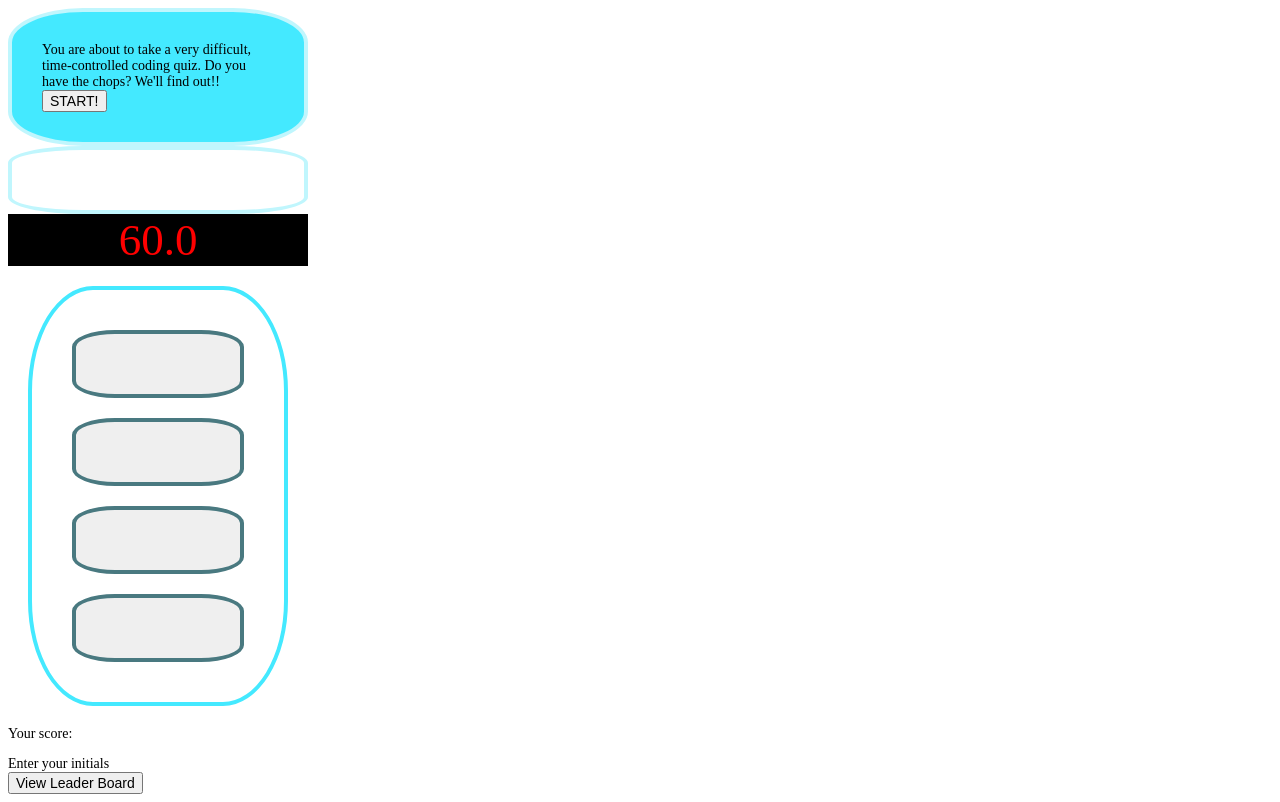
Repository: stuart-rickard/coding-quiz
Page: index.html
These files come from the project's save history. The page is drawn as it stood at one moment and after the next save; the edit follows.
The browser window is 1280 px wide. The pictures show the whole page.

Above is the page before, as saved 2021-11-23 05:11:43.

### index.html
<!DOCTYPE html>
<html lang="en">

<head>
  <meta charset="UTF-8">
  <meta name="viewport" content="width=device-width, initial-scale=1.0">
  <meta http-equiv="X-UA-Compatible" content="ie=edge">
  <title>Coding Quiz</title>
  <link rel="stylesheet" href="./assets/css/style.css">
</head>

<body>
  <main>
    <div class="start">
      You are about to take a very difficult, time-controlled coding quiz.  Do you have the chops?  We'll find out!!
      <button id="starter-button">START!</button>
    </div>
    <div class="div-question-answerform">
      <div class="question">

      </div>
      <div id="timer">
        60.0
      </div>
      <form class="answer-form">
        <button class="answer-button" id="#answer-a"></button>
        <button class="answer-button" id="#answer-b"></button>
        <button class="answer-button" id="#answer-c"></button>
        <button class="answer-button" id="#answer-d"></button>
      </form>
    </div>
    <div class="test-done">
      <p>Your score:</p>
    </div>
    <div class="leaderboard-list">

    </div>
    <form>
      Enter your initials
    </form>
    </main>
  <footer>
    <button class="leaderboard-button">View Leader Board</button>
  </footer>

  <script src="./assets/js/script.js"></script>
</body>

</html>

### assets/css/style.css
:root {
  --primary: #44e9ff;
  --secondary: #497980;
  --tertiary: rgb(192, 246, 253);
  --grey: #333;


  --regular-line-width: 4px;

  --border-radius-regular: 25%;
}

* {
    box-sizing: border-box;
    font-size: 14px;
  }

main {
    width: 300px;
}

.start {
    background-color: var(--primary);
    border: var(--regular-line-width) solid var(--tertiary);
    border-radius: var(--border-radius-regular);
    padding: 30px;
}

.div-question-answerform {
    /* display: none; */
}

.question {
    border: var(--regular-line-width) solid var(--tertiary);
    border-radius: var(--border-radius-regular);
    padding: 30px;
}

#timer {
    background-color: black;
    font-style: "Monotron";
    font-size: 45px;
    color: red;
    text-align:center;
}

.answer-form {
    margin: 20px;
    border: var(--regular-line-width) solid var(--primary);
    border-radius: var(--border-radius-regular);
    padding: 30px;
    display: flex;
    flex-direction: column;
}

.answer-button {
    border: var(--regular-line-width) solid var(--secondary);
    border-radius: var(--border-radius-regular);
    padding: 30px;
    margin: 10px;
}

### assets/js/script.js
var startButton = document.getElementById('starter-button');
var timerDisplay = document.getElementById('timer');
const initialTime = 3.0;
var timer = initialTime;
var quizTimeIsUp = false;

// questions array; many thanks to Joanne Chun for writing most of these
var questions = [{
    question:"Can you use double quotes or single quotes to designate a string",
    answers: ["Double quotes only", "Single quotes only", "Neither can be used", "Either can be used"],
    correctAnswer: "Either can be used",
    author: "Stuart"
},{
    question:"What do all HTML documents start with?",
    answers: ["Hypertext","html","<!DOCTYPE html","<html>"],
    correctAnswer: "<!DOCTYPE html",
    author: "Joanne"
},{
    question:"What is the process of finding errors and fixing them within a program called?",
    answers: ["Solving","Fixing","Resetting","Debugging"],
    correctAnswer: "Debugging",
    author: "Joanne"
},{
    question:"How do you see which remote links (in GitHub) have been established for your project",
    answers: ["git remote links","git remote -v","git add A-","git remote origin"],
    correctAnswer: "git remote -v",
    author: "Joanne"
},{
    question:"Why do we need an alt attribute for images in an HTML document?",
    answers: ["To identify the image","To access the image","To give context for the image"],
    correctAnswer: "To give context for the image",
    author: "Joanne"
},{
    question:"Which CSS property do you use to align the flex container's items on the main-axis?",
    answers: ["justify-content","align-content","align-text","flex-center"],
    correctAnswer: "justify-content",
    author: "Joanne"
},{
    question:"The visible part of the HTML document is between:",
    answers: ["<head> and </head>","<html> and </html>","<body> and </body>","<visible> and </visible"],
    correctAnswer: "<body> and </body>",
    author: "Joanne"
},{
    question:"Which way of adding CSS to HTML documents requires using a link?",
    answers: ["Internal","External","Reference","Inline"],
    correctAnswer: "External",
    author: "Joanne"
},{
    question:"In CSS, how do you select an element with a specific id?",
    answers: ["Write (.) followed by the id of the element","Write (.) after the id of the element","Write (#) followed by the id of the element","Write (id) followed by the id of the element"],
    correctAnswer: "Write (#) followed by the id of the element",
    author: "Joanne"
}];



/*
Variable for score
Variables for stopping different processes
*/



var timerCountdown = function(){
    debugger;
    // reduce timer variable by 0.1
    var decreaseTimerVariable = function() {
        timer = timer-0.1;
        if (timer <= 0) {
            quizTimeIsUp = true;
            timerDisplay.innerHTML = "out of time"; // this line doesn't work for some reason
            clearInterval(timerDecrement);
        }
        timerDisplay.innerHTML = timer.toFixed(1);
    };
    // call reduction of timer variable each one tenth of a second
    var timerDecrement = setInterval(decreaseTimerVariable,100);
};

var quizProcess = function() {
    //Begin clock
    timerCountdown();

}






/*
get questions / answers
randomize them
*/


//Listen for start button: start upon click
console.log("click worked here");
startButton.addEventListener("click", quizProcess);


/*
    begin asking questions
	Check the clock frequently and end game when it expires
		End game is just taking the ability to answer away
	Check answers
		If correct, add to score and show green
		If incorrect, reduce time left and show red
    bring up next question .5 seconds
When game ends
	Offer ability to record high score
		Store and retrieve high scores
	Offer "play again?"
*/

After the next save:
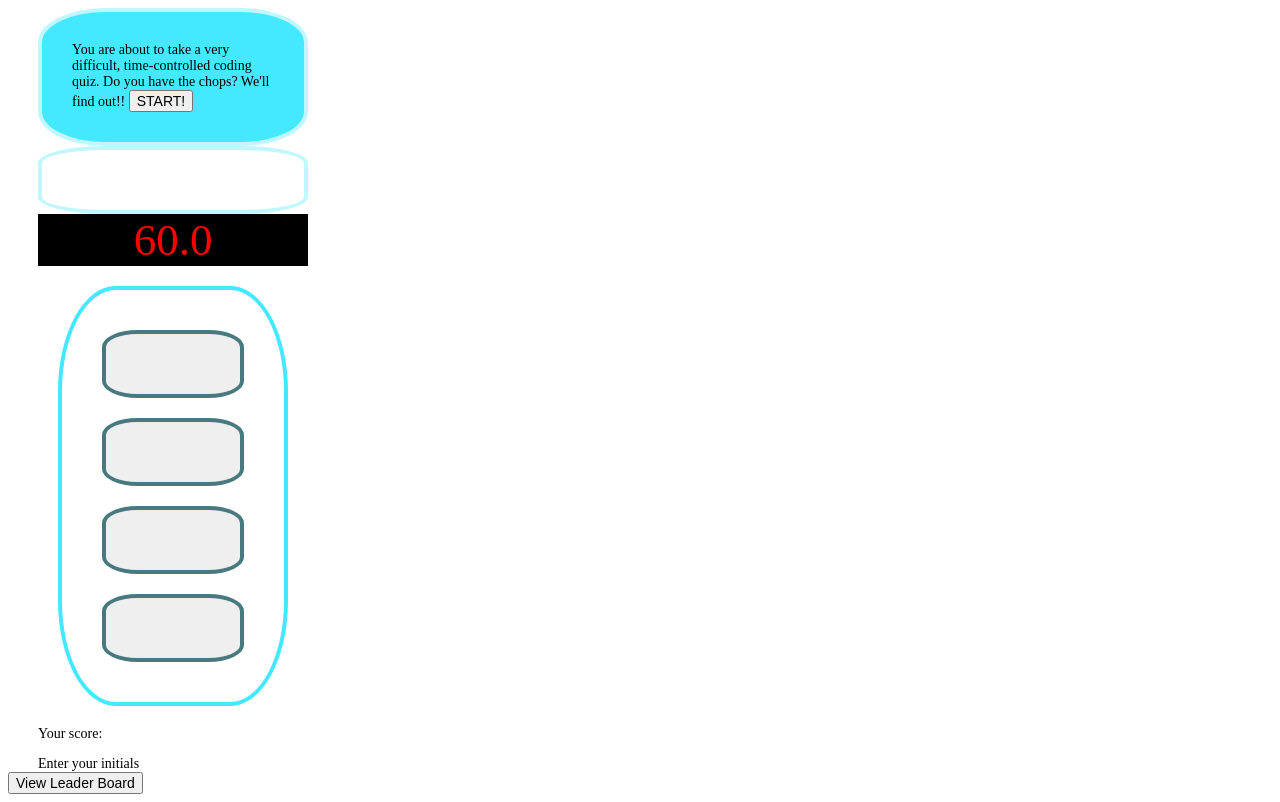
Saved 7 min 18 s later.
--- a/assets/css/style.css
+++ b/assets/css/style.css
@@ -17,6 +17,7 @@
 
 main {
     width: 300px;
+    padding-left: 30px;
 }
 
 .start {
--- a/assets/js/script.js
+++ b/assets/js/script.js
@@ -6,7 +6,7 @@
 
 // questions array; many thanks to Joanne Chun for writing most of these
 var questions = [{
-    question:"Can you use double quotes or single quotes to designate a string",
+    question:"Can you use double quotes or single quotes to designate a string?",
     answers: ["Double quotes only", "Single quotes only", "Neither can be used", "Either can be used"],
     correctAnswer: "Either can be used",
     author: "Stuart"
@@ -53,7 +53,6 @@
 }];
 
 
-
 /*
 Variable for score
 Variables for stopping different processes
@@ -63,6 +62,8 @@
 
 var timerCountdown = function(){
     debugger;
+    // make class=start display: none
+    // make class=div-question-answerform display: block
     // reduce timer variable by 0.1
     var decreaseTimerVariable = function() {
         timer = timer-0.1;
